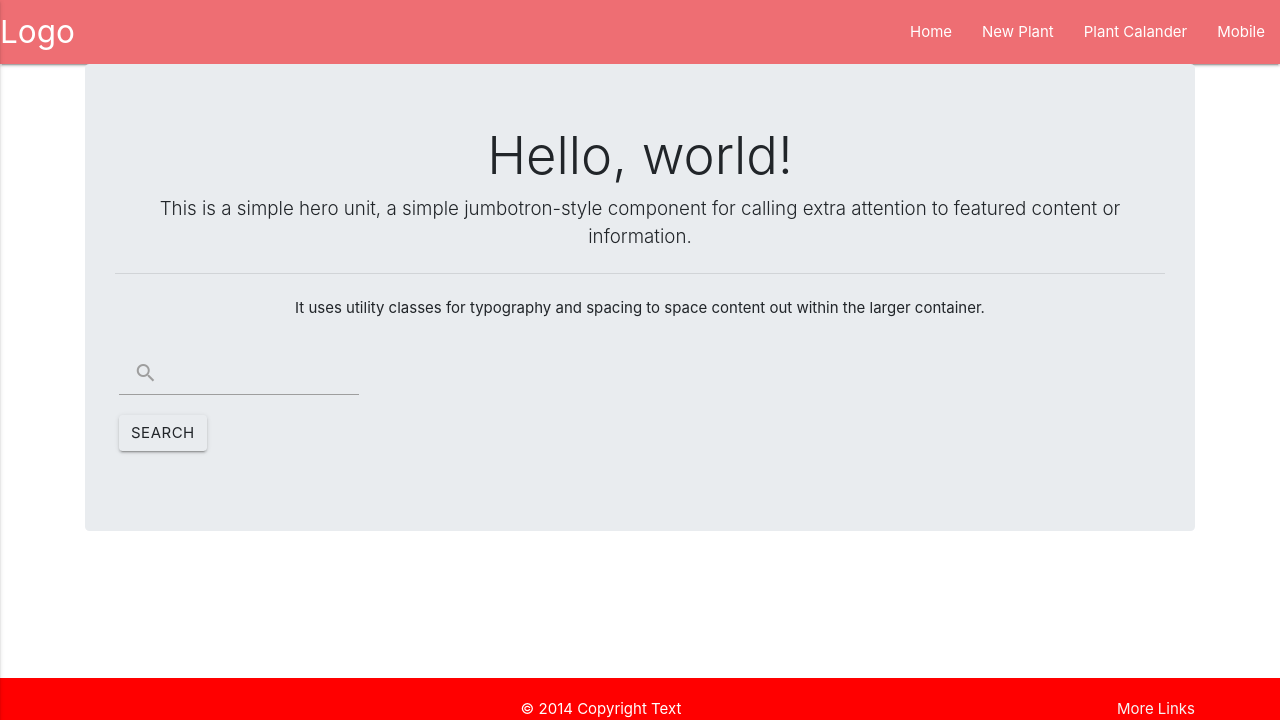
Repository: Lemoenskil/Milestone_project_3_Garden_planner
Page: http://localhost/
The author's editor kept a record of every edit. The page is drawn from the files as they stood at one moment, then again after the next edit.
The browser window is 1280 px wide. The pictures show the whole page.
Some web libraries are served in a nearby version. The page is served by the project's application, run on Flask 3 (app.py). Queries for data that is not in the repository find no rows.

Above is the page before.
Console error: TypeError: $(...).floatingActionButton is not a function

After the next edit:
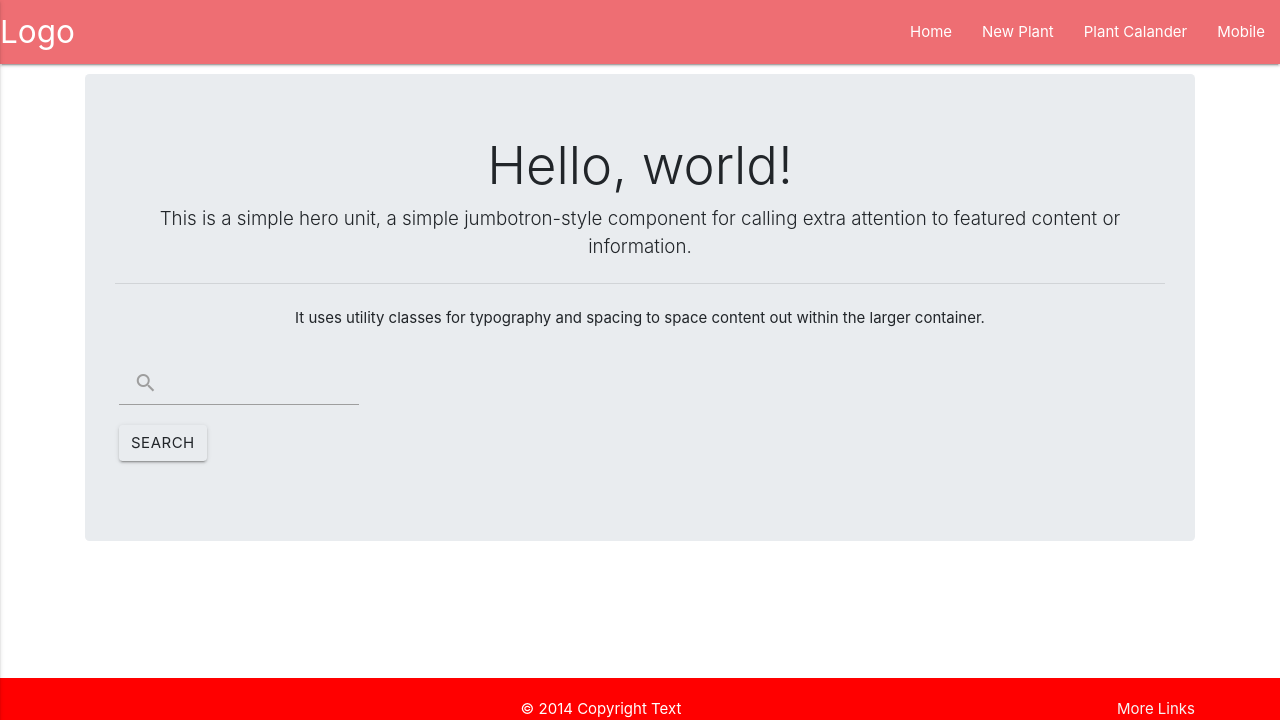
The edit:
--- a/static/css/style.css
+++ b/static/css/style.css
@@ -66,3 +66,7 @@ main {
 .list_headings{
     color: #d8e332!important;
 }
+
+.jumbotron{
+    margin-top: 10px;
+}
